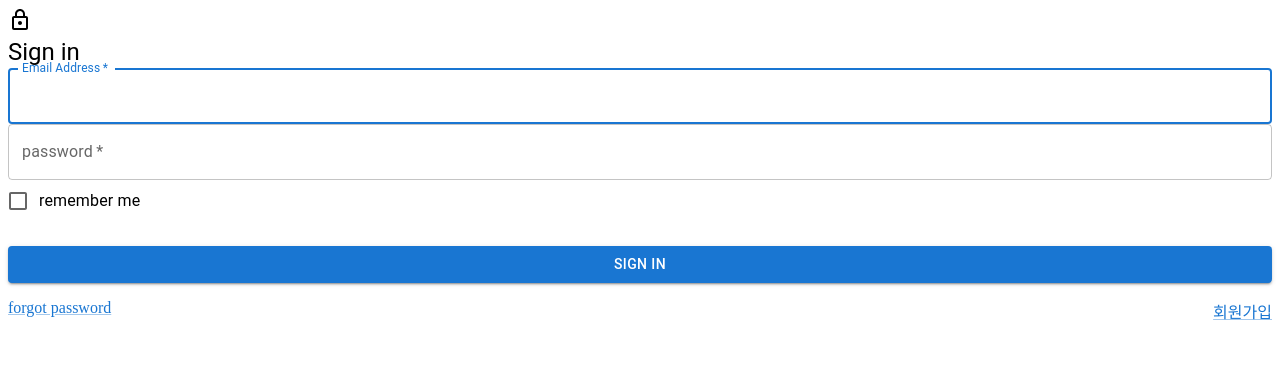
Repository: chlwpdnswku/nextjsportpolioclone
Page: /
An editor plug-in stored every save of this project. The page is shown before and after a run of saves, followed by the edit.
The browser window is 1280 px wide. The pictures show the whole page.
The project was rebuilt for these pictures with package versions that can differ from the ones it lists, and the page was loaded fresh each time. The framework's server and built-in components were replaced by stand-ins that run in the browser. Also part of the build but not shown: next.config.js.

Above is the page before, as saved 2022-08-05 17:04:51.

### pages/index.tsx
import React, { useState } from 'react';
import type { NextPage } from 'next';
import Head from 'next/head';
import Image from 'next/image';
import styles from '../styles/Home.module.css';
import {
  Button,
  FormControl,
  FormControlLabel,
  Link,
  TextField,
  Grid,
  Typography,
  Avatar,
} from '@mui/material';
import LockOutlinedIcon from '@mui/icons-material/LockOutlined';
import Checkbox from '@mui/material/Checkbox';

const Home: NextPage = () => {
  return (
    <>
      {/* Typography는 text폰트를 지정할수 있도록 하는 것 h1 테그로 감싸지고 variant h5 는 mui에서 지정한 h5디자인 적용  */}
      {/* Avata를 통해 아이콘을 원형으로 하기 */}
      <LockOutlinedIcon />
      <Typography component='h1' variant='h5'>
        Sign in
      </Typography>
      {/* 필수입력 required */}
      <TextField
        label='Email Address'
        required
        fullWidth
        name='email'
        autoComplete='email'
        autoFocus
      />
      <TextField
        label='password'
        type='password'
        required
        fullWidth
        name='password'
        autoComplete='current-password'
      />
      {/* 체크박스를 누를때 옆에 텍스트를 클릭했을때에도 체크박스가 체크가 된다 !*/}
      <FormControlLabel
        control={<Checkbox value='remember' color='primary'></Checkbox>}
        label='remember me'
      ></FormControlLabel>

      {/* 서버로 보내는 서브밋 타이틀을 만들어줌.  sx props 디자인을 간단히 고치고싶을때 css 효과*/}
      <Button type='submit' fullWidth variant='contained' sx={{ mt: 3, mb: 2 }}>
        SIGN IN
      </Button>
      <Grid container>
        <Grid item xs>
          <Link href='#'>forgot password</Link>
        </Grid>

        <Grid item>
          {' '}
          <Link href='#'>회원가입</Link>
        </Grid>
      </Grid>
    </>
  );
};

export default Home;

Loaded but not shown: pages/_app.tsx (common file); styles/globals.css (no stored copy; drawn as an empty file)

After the next 2 saves:
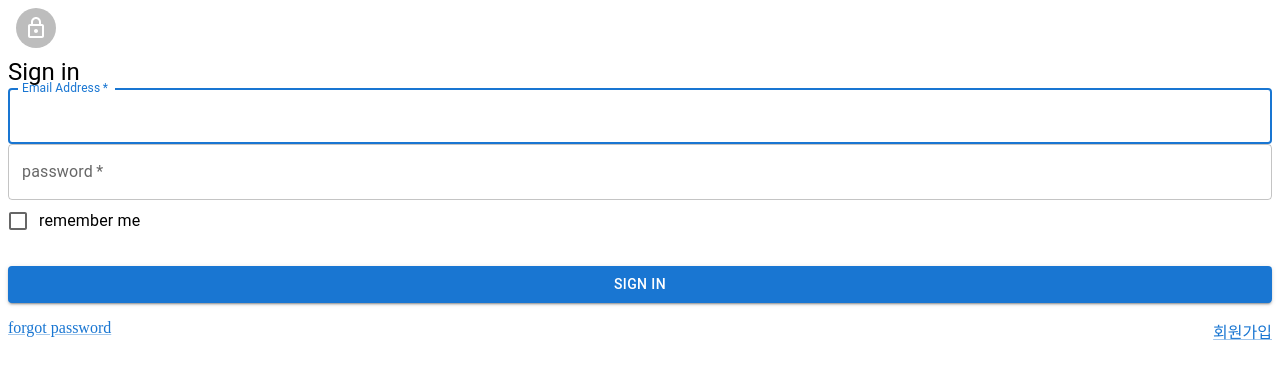
The 2 saves are shown as one change because 1 did not build or start.
The last was saved 28 s later.
--- a/pages/index.tsx
+++ b/pages/index.tsx
@@ -21,7 +21,11 @@ const Home: NextPage = () => {
     <>
       {/* Typography는 text폰트를 지정할수 있도록 하는 것 h1 테그로 감싸지고 variant h5 는 mui에서 지정한 h5디자인 적용  */}
       {/* Avata를 통해 아이콘을 원형으로 하기 */}
-      <LockOutlinedIcon />
+      <Avatar sx={{ m: 1 }}>
+        {' '}
+        <LockOutlinedIcon />
+      </Avatar>
+
       <Typography component='h1' variant='h5'>
         Sign in
       </Typography>
